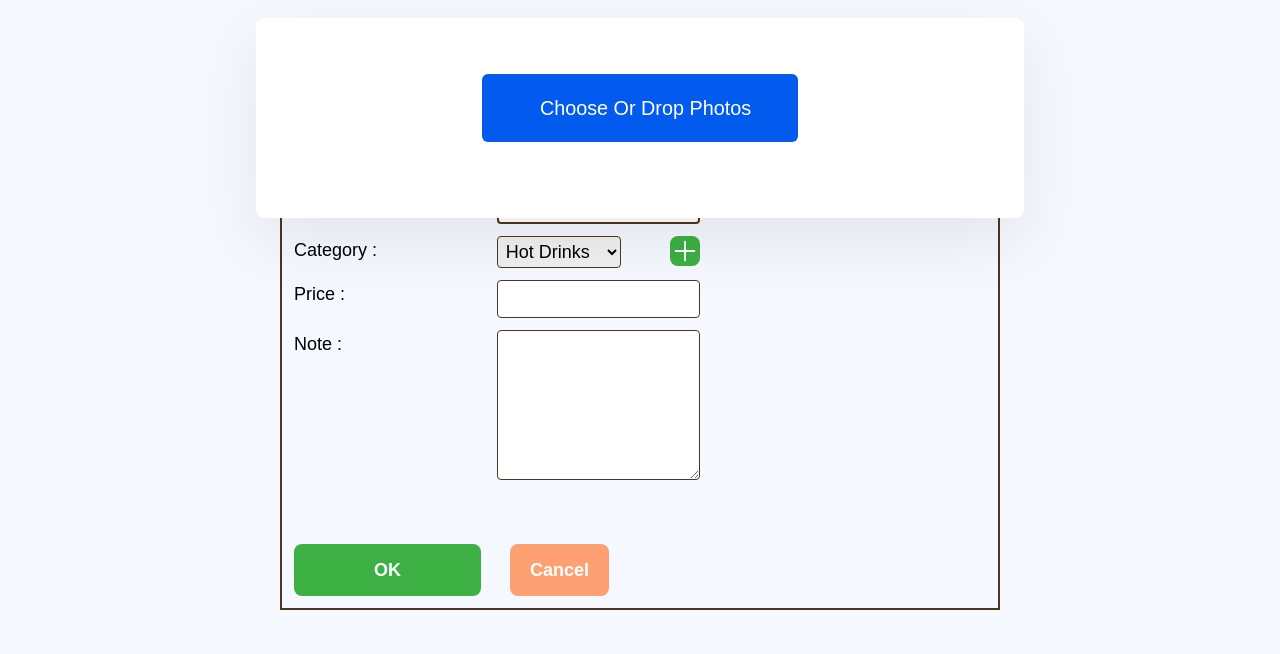
Repository: Dapravith/Midterm-SE-GIC-Cafe-Project-Group16
Page: src/main/resources/templates/addDrink.html
These files come from the project's save history. The page is drawn as it stood at one moment and after the next save; the edit follows.
The browser window is 1280 px wide. The pictures show the whole page.
Some web libraries are served in a nearby version.

Above is the page before, as saved 2023-05-16 22:26:37.

### src/main/resources/templates/addDrink.html
<!DOCTYPE html>
<html lang="en">

<head>
    <meta charset="UTF-8">
    <meta http-equiv="X-UA-Compatible" content="IE=edge">
    <meta name="viewport" content="width=device-width, initial-scale=1.0">
    <title>Add New Drink</title>
    <script src="https://cdn.tailwindcss.com"></script>
    <style>
        * {
            padding: 0;
            margin: 0;
            box-sizing: border-box;
            font-family: "Poppins", sans-serif;
        }

        button:hover {
            box-shadow: 0 13px 18px 0 rgba(151, 208, 27, 0.24), 0 19px 50px 0 rgba(238, 227, 21, 0.19);
        }

        body {
            background-color: #f5f8ff;
        }

        .images {
            background-color: #ffffff;
            width: 60%;
            min-width: 37.5em;
            padding: 3.12em 1.87em;
            position: absolute;
            transform: translateX(-50%);
            left: 50%;
            top: 1em;
            box-shadow: 0 1.25em 3.43em rgba(0, 0, 0, 0.08);
            border-radius: 0.5em;
            justify-content: right;
        }

        input[type="file"] {
            display: none;
        }

        .upload-images {
            display: block;
            position: relative;
            background-color: #025bee;
            color: #ffffff;
            font-size: 1.1em;
            text-align: center;
            width: 16em;
            padding: 1em 0;
            border-radius: 0.3em;
            margin: 0 auto 1em auto;
            cursor: pointer;
        }

        #image-display {
            position: relative;
            width: 90%;
            margin: 0 auto;
            display: flex;
            justify-content: space-evenly;
            gap: 1.25em;
            flex-wrap: wrap;
        }

        #image-display figure {
            width: 45%;
        }

        #image-display img {
            width: 100%;
        }

        #image-display figcaption {
            font-size: 0.8em;
            text-align: center;
            color: #5a5861;
        }

        .active {
            border: 0.2em dashed #025bee;
        }

        #error {
            text-align: center;
            color: #ff3030;
        }
    </style>
</head>

<body class="m-10 text-lg">
    <!-- Crud PRODUCTS -->
    <div class="new_drink w-[60%] h-fit m-auto  border-[2px] border-solid border-[#4B371C] ">
        <div class="head p-3">
            <h2>New Drinks</h2>
        </div>
        <div class="w-[100%] border-[1px] border-solid border-[#4B371C]"></div>
        <div class="flex">
            <div class="add_drink w-[60%]">
                <div class="py-3 ">
                    <form action="#" class="p-3 ">
                        <div class="mt-3 grid grid-cols-2">
                            <label class="mr-5" for="dcode">Drinks code :</label>
                            <input type="text" id="dcode" name="" class="p-1 border-[2px] border-solid border-[#4B371C] rounded" placeholder="">
                        </div>
                        <div class="mt-3 grid grid-cols-2">
                            <label class="mr-5" for="dname">Drinks name :</label>
                            <input type="text" id="dname" name="" class="p-1 border-[2px] border-solid border-[#4B371C] rounded" placeholder="">
                        </div>
                        <div class="mt-3 grid grid-cols-2">
                            <label class="mr-5" for="category">Category :</label>
                            <div class="flex justify-between">
                                <select type="add-item" id="category" name="" class="p-1 border-[1px] border-solid border-[#4B371C] rounded" placeholder="">
                                    <option value="1">Hot Drinks</option >
                                    <option value="2" >Cool Drinks</option >
                                    <option value="3" >Frappe</option >
                                    <option value="4" >Food</option >
                                </select>
                                <button id="add_category" class=" w-fit h-fit bg-[#3CB043] text-center text-white font-bold cursor-pointer duration-100 rounded-lg">
                                    <svg xmlns="http://www.w3.org/2000/svg" fill="none" viewBox="0 0 24 24" stroke-width="1.5" stroke="currentColor" class="w-[30px] h-[30px] " onclick="showPopup()">
                                        <path stroke-linecap="round" stroke-linejoin="round" d="M12 4.5v15m7.5-7.5h-15" />
                                    </svg>
                                </button>

                            </div>

                        </div>

                        <div class="mt-3 grid grid-cols-2">
                            <label class="mr-5" for="price">Price :</label>
                            <input name="" min="0" type="number" id="price" class="p-1 border-[1px] border-solid border-[#4B371C] rounded" placeholder="">
                        </div>
                        <div class="mt-3 grid grid-cols-2">
                            <label class="mr-5" for="note">Note :</label>
                            <textarea id="note" cols="50" rows="5" name="" class="p-1 w-full border-[1px] border-solid border-[#4B371C] rounded resize-x"> </textarea>
                        </div>
                    </form>
                </div>
                <br />
                <div>
                    <button class=" py-3 bg-[#3CB043] text-center text-white font-bold px-20 m-3 inline-block cursor-pointer duration-100 rounded-lg">OK</button>
                    <button class=" py-3 px-5 bg-[#FDA172] text-center text-white  font-bold p-3 m-3 inline-block cursor-pointer duration-100 rounded-lg">Cancel</button>
                </div>
            </div>
            <div class="images">
                <input type="file" id="upload-button" multiple accept="image/*" />
                <label class="upload-images" for="upload-button"><i class="fa-solid fa-upload"></i>&nbsp; Choose Or Drop Photos
                </label>
                <div id="error"></div>
                <div id="image-display"></div>
            </div>
        </div>
    </div>
    </div>
    <!-- ADD NEW CATEGORY -->
    <div class="popup w-[100vw] h-[100vh] absolute top-[0] left-[0] bg-[#f1f1f199] hidden z-[100]">
        <main class="w-[20rem] absolute top-[50%] left-[50%] translate-x-[-50%] translate-y-[-50%]">
            <div class="none w-full h-fit m-auto  border-[2px] border-solid border-[#4B371C]">
                <div class="head p-3">
                    <h2>New Category</h2>
                </div>
                <div class="w-[100%] border-[1px] border-solid border-[#4B371C]"></div>
                <div class=" ">
                    <form action="#" class="add_category p-3">
                        <div class="mt-3 grid grid-cols-2">
                            <label for="gcode">Category code :</label>
                            <input type="text" id="dcode" name="" class="category_code border-[1px] border-solid border-[#4B371C] rounded" placeholder="" required>
                        </div>
                        <div class="mt-3 grid grid-cols-2">
                            <label for="gname">Category name :</label>
                            <input type="text" id="gname" name="" class="category_name border-[1px] border-solid border-[#4B371C] rounded" placeholder="" required>
                        </div>
                        <br />
                        <div class="flex">
                            <input id="okay" type="submit" value="OK" class=" py-3 bg-[#3CB043] text-center font-bold text-white px-16 in m-3 p-3 line-block cursor-pointer duration-100 rounded-lg">
                            <button class="cancel py-3 px-5 bg-[#FDA172] text-center font-bold text-white p-3 m-3 inline-block cursor-pointer duration-100 rounded-lg">Cancel</button>
                        </div>
                    </form>
                </div>
            </div>
        </main>

    </div>
    <script>
        const addNewCat = document.getElementById("add_category");
        const popup = document.querySelector(".popup");
        const form_add_category = document.querySelector(".add_category ");

        addNewCat.addEventListener("click", showPopup);

        function showPopup() {
            popup.classList.remove('hidden')
        }

        form_add_category.addEventListener("submit", () => {
            clear()
            popup.classList.add('hidden')
        });

        document.querySelector('.cancel').addEventListener('click', () => {
            clear()
            popup.classList.add('hidden')
        })

        popup.addEventListener('click', (e) => {
            const target = e.target;

            if (target.classList.contains('popup')) {
                popup.classList.add('hidden')
            }
        })

        const clear = () => {
            document.querySelector('.category_name').value = ""
            document.querySelector('.category_code').value = ""
        }

        let uploadButton = document.getElementById("upload-button");
        let chosenImage = document.getElementById("chosen-image");
        let fileName = document.getElementById("file-name");
        let container = document.querySelector(".images");
        let error = document.getElementById("error");
        let imageDisplay = document.getElementById("image-display");

        const fileHandler = (file, name, type) => {
            if (type.split("/")[0] !== "image") {
                //File Type Error
                error.innerText = "Please upload an image file";
                return false;
            }
            error.innerText = "";
            let reader = new FileReader();
            reader.readAsDataURL(file);
            reader.onloadend = () => {
                //image and file name
                let imageContainer = document.createElement("figure");
                let img = document.createElement("img");
                img.src = reader.result;
                imageContainer.appendChild(img);
                imageContainer.innerHTML += `<figcaption>${name}</figcaption>`;
                imageDisplay.appendChild(imageContainer);
            };
        };

        //Upload Button
        uploadButton.addEventListener("change", () => {
            imageDisplay.innerHTML = "";
            Array.from(uploadButton.files).forEach((file) => {
                fileHandler(file, file.name, file.type);
            });
        });

        container.addEventListener(
            "dragenter",
            (e) => {
                e.preventDefault();
                e.stopPropagation();
                container.classList.add("active");
            },
            false
        );

        container.addEventListener(
            "dragleave",
            (e) => {
                e.preventDefault();
                e.stopPropagation();
                container.classList.remove("active");
            },
            false
        );

        container.addEventListener(
            "dragover",
            (e) => {
                e.preventDefault();
                e.stopPropagation();
                container.classList.add("active");
            },
            false
        );

        container.addEventListener(
            "drop",
            (e) => {
                e.preventDefault();
                e.stopPropagation();
                container.classList.remove("active");
                let draggedData = e.dataTransfer;
                let files = draggedData.files;
                imageDisplay.innerHTML = "";
                Array.from(files).forEach((file) => {
                    fileHandler(file, file.name, file.type);
                });
            },
            false
        );

        window.onload = () => {
            error.innerText = "";
        };
    </script>
</body>

</html>

After the next save:
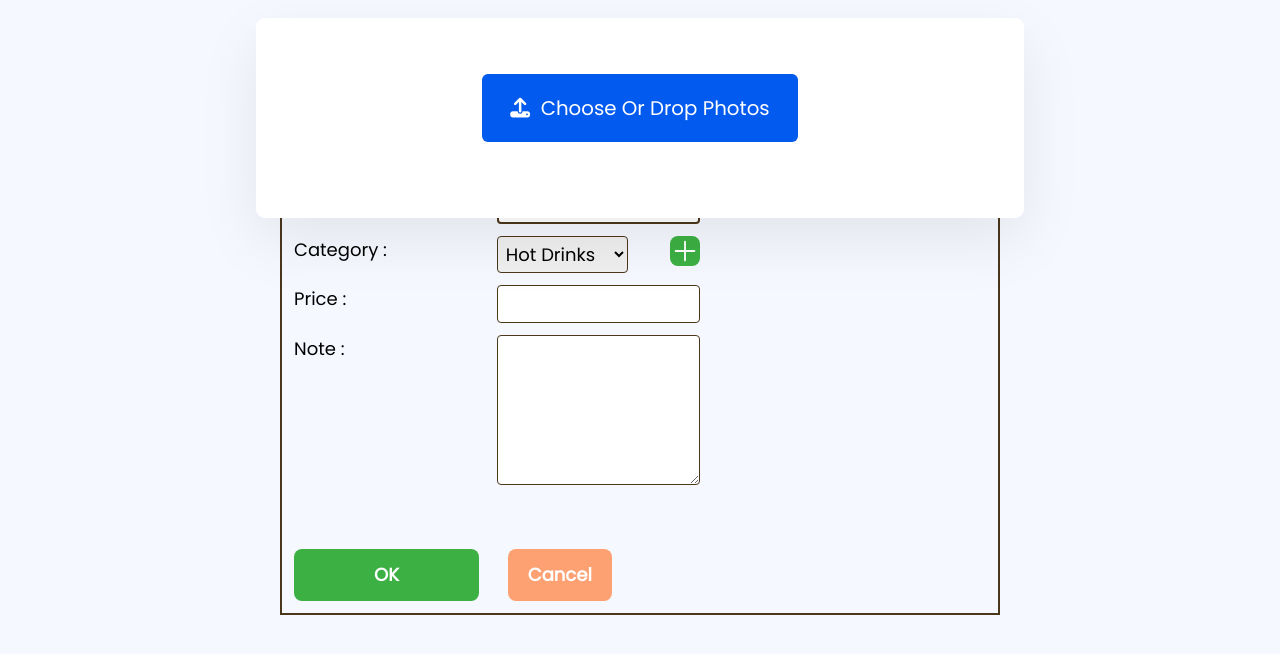
Saved 67 s later.
--- a/src/main/resources/templates/addDrink.html
+++ b/src/main/resources/templates/addDrink.html
@@ -7,6 +7,10 @@
     <meta name="viewport" content="width=device-width, initial-scale=1.0">
     <title>Add New Drink</title>
     <script src="https://cdn.tailwindcss.com"></script>
+    <!-- Font Awesome Icons -->
+    <link rel="stylesheet" href="https://cdnjs.cloudflare.com/ajax/libs/font-awesome/6.2.0/css/all.min.css" />
+    <!-- Google Font -->
+    <link href="https://fonts.googleapis.com/css2?family=Poppins&display=swap" rel="stylesheet" />
     <style>
         * {
             padding: 0;
